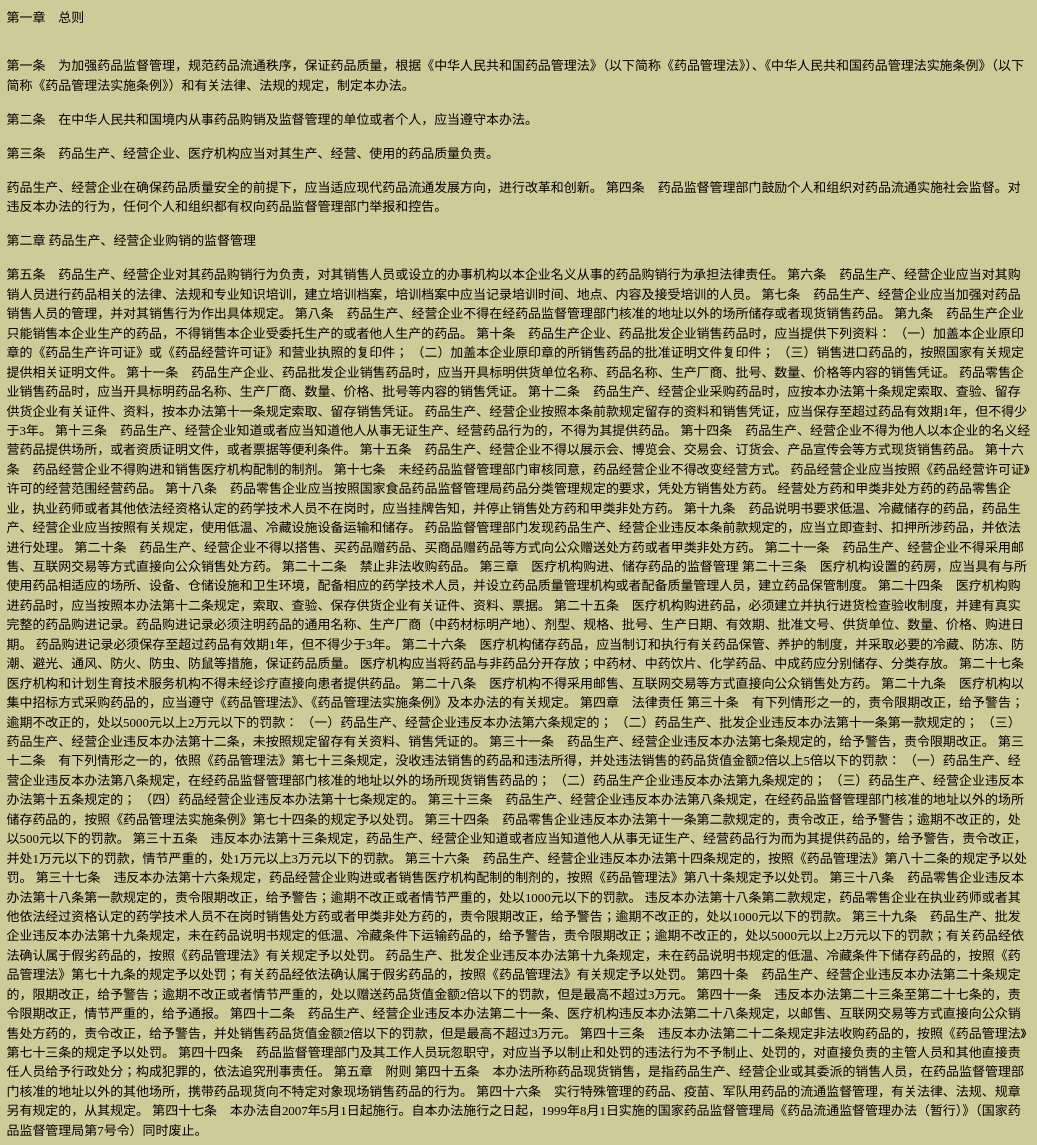
Repository: Shaoxubao/Java
Page: http://localhost/msm/jsp/rule/rules.jsp
These files come from the project's save history. The page is drawn as it stood at one moment and after the next save; the edit follows.
The browser window is 1280 px wide. The pictures show the whole page, at 81% of full size.
The page is served by Tomcat 9. Nobody is signed in. The application's start-up code is not run. Other server files are loaded and not shown.

Above is the page before, as saved 2015-06-13 17:51:24.

### msm/WebContent/jsp/rule/rules.jsp
<%@ page language="java" contentType="text/html; charset=UTF-8"
    pageEncoding="UTF-8"%>
<!DOCTYPE html>
<html>
<head>
<meta http-equiv="Content-Type" content="text/html; charset=UTF-8">
<title>Insert title here</title>
</head>
<body bgcolor="#CCCC99">
第一章　总则<br><br><br>

第一条　为加强药品监督管理，规范药品流通秩序，保证药品质量，根据《中华人民共和国药品管理法》（以下简称《药品管理法》）、《中华人民共和国药品管理法实施条例》（以下简称《药品管理法实施条例》）和有关法律、法规的规定，制定本办法。<br><br>
第二条　在中华人民共和国境内从事药品购销及监督管理的单位或者个人，应当遵守本办法。<br><br>
第三条　药品生产、经营企业、医疗机构应当对其生产、经营、使用的药品质量负责。<br><br>
药品生产、经营企业在确保药品质量安全的前提下，应当适应现代药品流通发展方向，进行改革和创新。
第四条　药品监督管理部门鼓励个人和组织对药品流通实施社会监督。对违反本办法的行为，任何个人和组织都有权向药品监督管理部门举报和控告。<br><br>
第二章 药品生产、经营企业购销的监督管理<br><br>

第五条　药品生产、经营企业对其药品购销行为负责，对其销售人员或设立的办事机构以本企业名义从事的药品购销行为承担法律责任。
第六条　药品生产、经营企业应当对其购销人员进行药品相关的法律、法规和专业知识培训，建立培训档案，培训档案中应当记录培训时间、地点、内容及接受培训的人员。
第七条　药品生产、经营企业应当加强对药品销售人员的管理，并对其销售行为作出具体规定。
第八条　药品生产、经营企业不得在经药品监督管理部门核准的地址以外的场所储存或者现货销售药品。
第九条　药品生产企业只能销售本企业生产的药品，不得销售本企业受委托生产的或者他人生产的药品。
第十条　药品生产企业、药品批发企业销售药品时，应当提供下列资料：
（一）加盖本企业原印章的《药品生产许可证》或《药品经营许可证》和营业执照的复印件；
（二）加盖本企业原印章的所销售药品的批准证明文件复印件；
（三）销售进口药品的，按照国家有关规定提供相关证明文件。
第十一条　药品生产企业、药品批发企业销售药品时，应当开具标明供货单位名称、药品名称、生产厂商、批号、数量、价格等内容的销售凭证。
药品零售企业销售药品时，应当开具标明药品名称、生产厂商、数量、价格、批号等内容的销售凭证。
第十二条　药品生产、经营企业采购药品时，应按本办法第十条规定索取、查验、留存供货企业有关证件、资料，按本办法第十一条规定索取、留存销售凭证。
药品生产、经营企业按照本条前款规定留存的资料和销售凭证，应当保存至超过药品有效期1年，但不得少于3年。
第十三条　药品生产、经营企业知道或者应当知道他人从事无证生产、经营药品行为的，不得为其提供药品。
第十四条　药品生产、经营企业不得为他人以本企业的名义经营药品提供场所，或者资质证明文件，或者票据等便利条件。
第十五条　药品生产、经营企业不得以展示会、博览会、交易会、订货会、产品宣传会等方式现货销售药品。
第十六条　药品经营企业不得购进和销售医疗机构配制的制剂。
第十七条　未经药品监督管理部门审核同意，药品经营企业不得改变经营方式。
药品经营企业应当按照《药品经营许可证》许可的经营范围经营药品。
第十八条　药品零售企业应当按照国家食品药品监督管理局药品分类管理规定的要求，凭处方销售处方药。
经营处方药和甲类非处方药的药品零售企业，执业药师或者其他依法经资格认定的药学技术人员不在岗时，应当挂牌告知，并停止销售处方药和甲类非处方药。
第十九条　药品说明书要求低温、冷藏储存的药品，药品生产、经营企业应当按照有关规定，使用低温、冷藏设施设备运输和储存。
药品监督管理部门发现药品生产、经营企业违反本条前款规定的，应当立即查封、扣押所涉药品，并依法进行处理。
第二十条　药品生产、经营企业不得以搭售、买药品赠药品、买商品赠药品等方式向公众赠送处方药或者甲类非处方药。
第二十一条　药品生产、经营企业不得采用邮售、互联网交易等方式直接向公众销售处方药。
第二十二条　禁止非法收购药品。
第三章　医疗机构购进、储存药品的监督管理

第二十三条　医疗机构设置的药房，应当具有与所使用药品相适应的场所、设备、仓储设施和卫生环境，配备相应的药学技术人员，并设立药品质量管理机构或者配备质量管理人员，建立药品保管制度。
第二十四条　医疗机构购进药品时，应当按照本办法第十二条规定，索取、查验、保存供货企业有关证件、资料、票据。
第二十五条　医疗机构购进药品，必须建立并执行进货检查验收制度，并建有真实完整的药品购进记录。药品购进记录必须注明药品的通用名称、生产厂商（中药材标明产地）、剂型、规格、批号、生产日期、有效期、批准文号、供货单位、数量、价格、购进日期。
药品购进记录必须保存至超过药品有效期1年，但不得少于3年。
第二十六条　医疗机构储存药品，应当制订和执行有关药品保管、养护的制度，并采取必要的冷藏、防冻、防潮、避光、通风、防火、防虫、防鼠等措施，保证药品质量。
医疗机构应当将药品与非药品分开存放；中药材、中药饮片、化学药品、中成药应分别储存、分类存放。
第二十七条　医疗机构和计划生育技术服务机构不得未经诊疗直接向患者提供药品。
第二十八条　医疗机构不得采用邮售、互联网交易等方式直接向公众销售处方药。
第二十九条　医疗机构以集中招标方式采购药品的，应当遵守《药品管理法》、《药品管理法实施条例》及本办法的有关规定。
第四章　法律责任

第三十条　有下列情形之一的，责令限期改正，给予警告；逾期不改正的，处以5000元以上2万元以下的罚款：
（一）药品生产、经营企业违反本办法第六条规定的；
（二）药品生产、批发企业违反本办法第十一条第一款规定的；
（三）药品生产、经营企业违反本办法第十二条，未按照规定留存有关资料、销售凭证的。
第三十一条　药品生产、经营企业违反本办法第七条规定的，给予警告，责令限期改正。
第三十二条　有下列情形之一的，依照《药品管理法》第七十三条规定，没收违法销售的药品和违法所得，并处违法销售的药品货值金额2倍以上5倍以下的罚款：
（一）药品生产、经营企业违反本办法第八条规定，在经药品监督管理部门核准的地址以外的场所现货销售药品的；
（二）药品生产企业违反本办法第九条规定的；
（三）药品生产、经营企业违反本办法第十五条规定的；
（四）药品经营企业违反本办法第十七条规定的。
第三十三条　药品生产、经营企业违反本办法第八条规定，在经药品监督管理部门核准的地址以外的场所储存药品的，按照《药品管理法实施条例》第七十四条的规定予以处罚。
第三十四条　药品零售企业违反本办法第十一条第二款规定的，责令改正，给予警告；逾期不改正的，处以500元以下的罚款。
第三十五条　违反本办法第十三条规定，药品生产、经营企业知道或者应当知道他人从事无证生产、经营药品行为而为其提供药品的，给予警告，责令改正，并处1万元以下的罚款，情节严重的，处1万元以上3万元以下的罚款。
第三十六条　药品生产、经营企业违反本办法第十四条规定的，按照《药品管理法》第八十二条的规定予以处罚。
第三十七条　违反本办法第十六条规定，药品经营企业购进或者销售医疗机构配制的制剂的，按照《药品管理法》第八十条规定予以处罚。
第三十八条　药品零售企业违反本办法第十八条第一款规定的，责令限期改正，给予警告；逾期不改正或者情节严重的，处以1000元以下的罚款。
违反本办法第十八条第二款规定，药品零售企业在执业药师或者其他依法经过资格认定的药学技术人员不在岗时销售处方药或者甲类非处方药的，责令限期改正，给予警告；逾期不改正的，处以1000元以下的罚款。
第三十九条　药品生产、批发企业违反本办法第十九条规定，未在药品说明书规定的低温、冷藏条件下运输药品的，给予警告，责令限期改正；逾期不改正的，处以5000元以上2万元以下的罚款；有关药品经依法确认属于假劣药品的，按照《药品管理法》有关规定予以处罚。
药品生产、批发企业违反本办法第十九条规定，未在药品说明书规定的低温、冷藏条件下储存药品的，按照《药品管理法》第七十九条的规定予以处罚；有关药品经依法确认属于假劣药品的，按照《药品管理法》有关规定予以处罚。
第四十条　药品生产、经营企业违反本办法第二十条规定的，限期改正，给予警告；逾期不改正或者情节严重的，处以赠送药品货值金额2倍以下的罚款，但是最高不超过3万元。
第四十一条　违反本办法第二十三条至第二十七条的，责令限期改正，情节严重的，给予通报。
第四十二条　药品生产、经营企业违反本办法第二十一条、医疗机构违反本办法第二十八条规定，以邮售、互联网交易等方式直接向公众销售处方药的，责令改正，给予警告，并处销售药品货值金额2倍以下的罚款，但是最高不超过3万元。
第四十三条　违反本办法第二十二条规定非法收购药品的，按照《药品管理法》第七十三条的规定予以处罚。
第四十四条　药品监督管理部门及其工作人员玩忽职守，对应当予以制止和处罚的违法行为不予制止、处罚的，对直接负责的主管人员和其他直接责任人员给予行政处分；构成犯罪的，依法追究刑事责任。
第五章　附则

第四十五条　本办法所称药品现货销售，是指药品生产、经营企业或其委派的销售人员，在药品监督管理部门核准的地址以外的其他场所，携带药品现货向不特定对象现场销售药品的行为。
第四十六条　实行特殊管理的药品、疫苗、军队用药品的流通监督管理，有关法律、法规、规章另有规定的，从其规定。
第四十七条　本办法自2007年5月1日起施行。自本办法施行之日起，1999年8月1日实施的国家药品监督管理局《药品流通监督管理办法（暂行）》（国家药品监督管理局第7号令）同时废止。
</body>
</html>

After the next save:
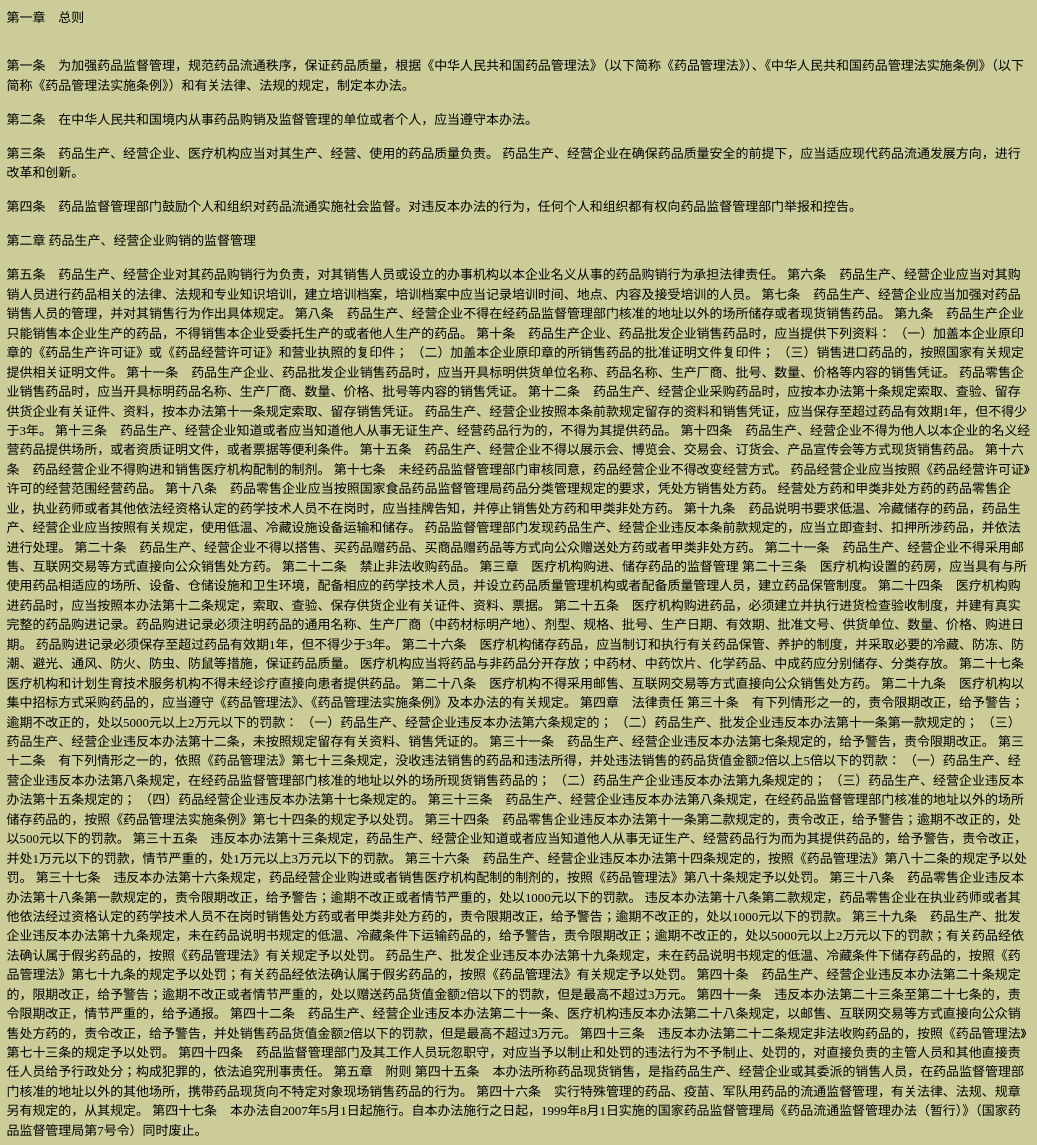
Saved 26 s later.
--- a/msm/WebContent/jsp/rule/rules.jsp
+++ b/msm/WebContent/jsp/rule/rules.jsp
@@ -11,8 +11,8 @@
 
 第一条　为加强药品监督管理，规范药品流通秩序，保证药品质量，根据《中华人民共和国药品管理法》（以下简称《药品管理法》）、《中华人民共和国药品管理法实施条例》（以下简称《药品管理法实施条例》）和有关法律、法规的规定，制定本办法。<br><br>
 第二条　在中华人民共和国境内从事药品购销及监督管理的单位或者个人，应当遵守本办法。<br><br>
-第三条　药品生产、经营企业、医疗机构应当对其生产、经营、使用的药品质量负责。<br><br>
-药品生产、经营企业在确保药品质量安全的前提下，应当适应现代药品流通发展方向，进行改革和创新。
+第三条　药品生产、经营企业、医疗机构应当对其生产、经营、使用的药品质量负责。
+药品生产、经营企业在确保药品质量安全的前提下，应当适应现代药品流通发展方向，进行改革和创新。<br><br>
 第四条　药品监督管理部门鼓励个人和组织对药品流通实施社会监督。对违反本办法的行为，任何个人和组织都有权向药品监督管理部门举报和控告。<br><br>
 第二章 药品生产、经营企业购销的监督管理<br><br>
 
